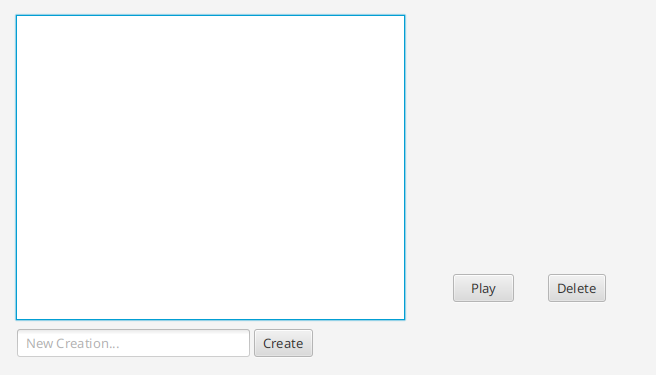
Repository: Buster-Darragh-Major/Maths-Learning-Aid
Program's window: java se206/assignment02/Maths_Aid/src/MathsAidApp/Main.java
An editor plug-in stored every save of this project. The program's window is shown before and after the next save, followed by the edit.
It runs on Java 21 on a 1366 x 768 screen with JavaFX 11; the title bar is not drawn.

Above is the program's window before, as saved 2017-08-24 10:47:57.

After the next save:
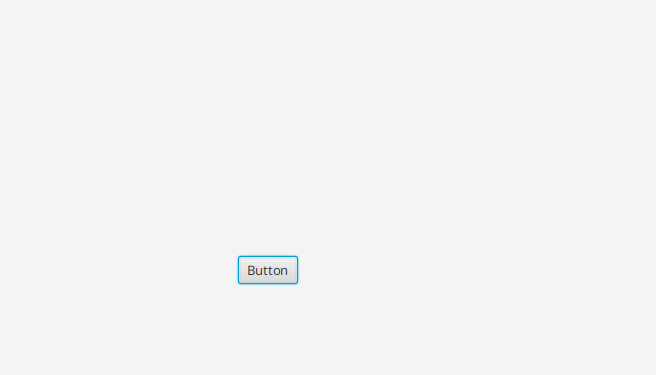
Saved 11 s later.
--- a/se206/assignment02/Maths_Aid/src/MathsAidApp/Main.java
+++ b/se206/assignment02/Maths_Aid/src/MathsAidApp/Main.java
@@ -10,7 +10,7 @@
 
     @Override
     public void start(Stage primaryStage) throws Exception{
-        Parent root = FXMLLoader.load(getClass().getResource("MainFrame.fxml"));
+        Parent root = FXMLLoader.load(getClass().getResource("test.fxml"));
         primaryStage.setTitle("Maths Aid");
         primaryStage.setScene(new Scene(root, 656, 375));
         primaryStage.show();
